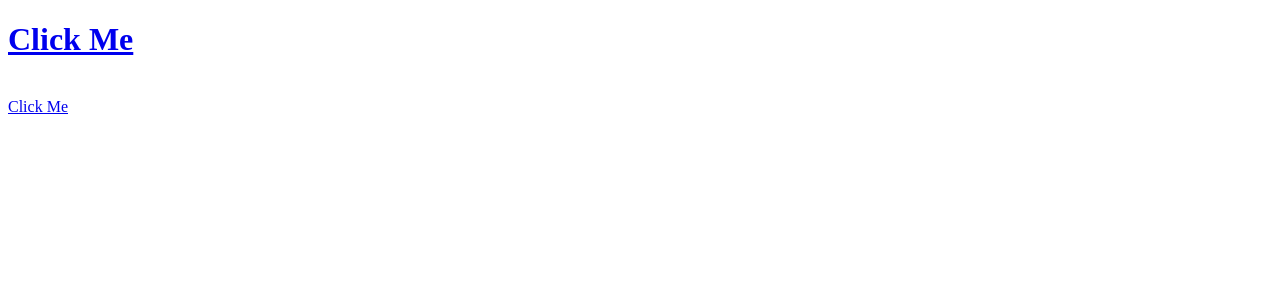
Repository: anik3395/JavaServletProjects
Page: eclipse-workspace/WebXmlDemo1/src/main/webapp/index.html
These files come from the project's save history. The page is drawn as it stood at one moment and after the next save; the edit follows.
The browser window is 1280 px wide. The pictures show the whole page.

Above is the page before, as saved 2024-10-20 11:05:06.

### eclipse-workspace/WebXmlDemo1/src/main/webapp/index.html
<!DOCTYPE html>
<html>
<head>
<meta charset="UTF-8">
<title>Insert title here</title>
</head>
<body>
  <h1><a href="mylogin">Click Me</a></h1>  <br/>
   <a href="myregister">Click Me</a> <br/>
</body>
</html>

After the next save:
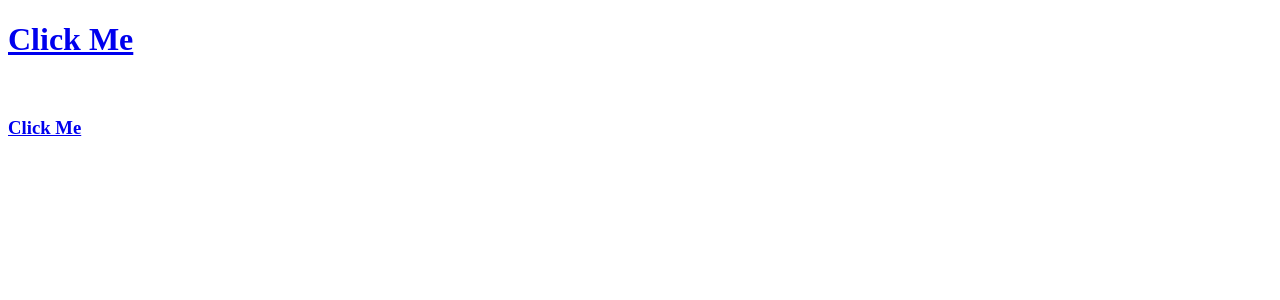
Saved 59 s later.
--- a/eclipse-workspace/WebXmlDemo1/src/main/webapp/index.html
+++ b/eclipse-workspace/WebXmlDemo1/src/main/webapp/index.html
@@ -5,7 +5,7 @@
 <title>Insert title here</title>
 </head>
 <body>
-  <h1><a href="mylogin">Click Me</a></h1>  <br/>
-   <a href="myregister">Click Me</a> <br/>
+  <h1 ><a href="mylogin">Click Me</a></h1>  <br/>
+   <h3><a href="myregister">Click Me</a></h3> <br/>
 </body>
 </html>
